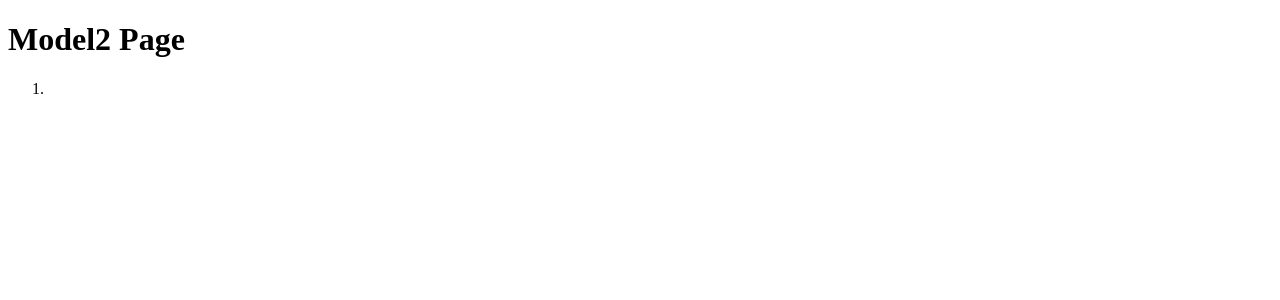
Repository: hyo-lang/java_ICT
Page: http://localhost/mvc1024/
The author's editor kept a copy of each file at every save. The page is drawn from the files as they stood at one save, then again after the next save.
The browser window is 1280 px wide. The pictures show the whole page.
The page is served by Tomcat 9.

Above is the page before, as saved 2024-10-24 02:57:06.

After the next save:
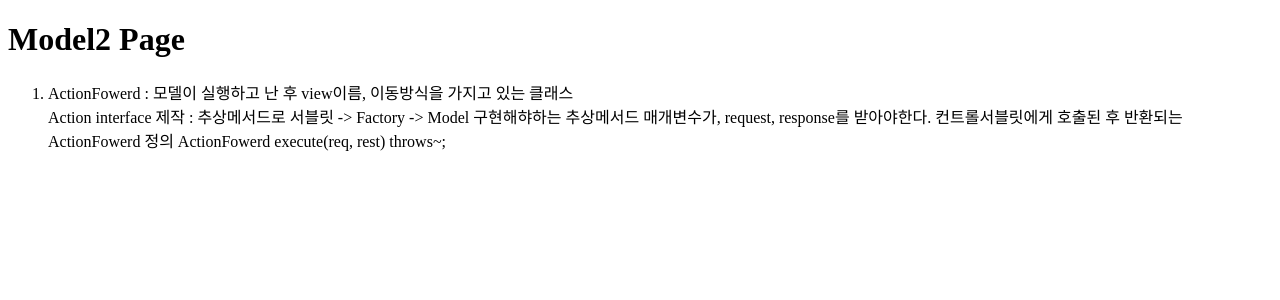
Saved 2 min 29 s later.
--- a/mvc1024/src/main/webapp/index.jsp
+++ b/mvc1024/src/main/webapp/index.jsp
@@ -9,7 +9,11 @@
 <body>
 <h1>Model2 Page</h1>
 <ol>
-<li></li>
+<li>ActionFowerd : 모델이 실행하고 난 후 view이름, 이동방식을 가지고 있는 클래스</li>
+<il>Action interface 제작 : 추상메서드로 서블릿 -> Factory -> Model 구현해햐하는 추상메서드
+매개변수가, request, response를 받아야한다. 컨트롤서블릿에게 호출된 후 반환되는 ActionFowerd 정의
+ActionFowerd execute(req, rest) throws~;
+</il>
 </ol>
 </body>
 </html>
